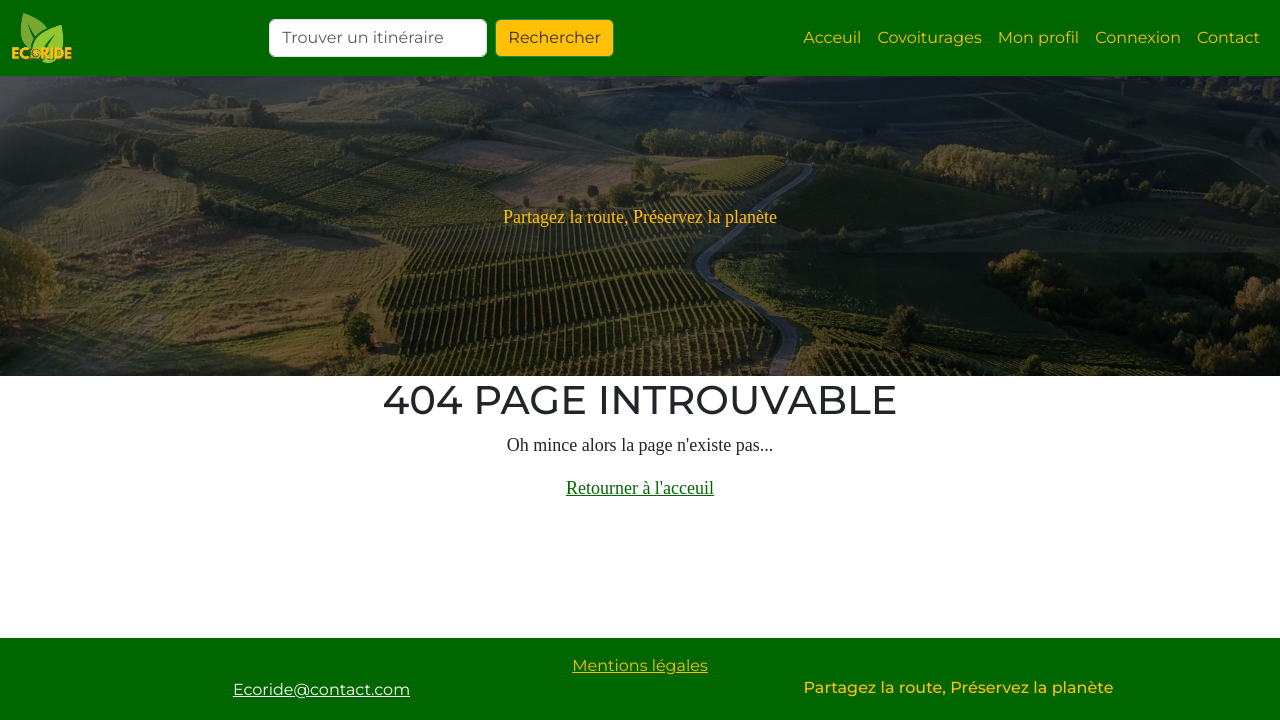
Repository: lemonhao9/ECF
Page: index.html
These files come from the project's save history. The page is drawn as it stood at one moment and after the next save; the edit follows.
The browser window is 1280 px wide. The pictures show the whole page.
Some web fonts or font styles are not loaded; a fallback is used. The style sheet was rebuilt from its Sass, Less or Tailwind sources for each picture, by a compiler version that may differ from the author's.

Above is the page before, as saved 2025-02-13 16:19:17.

After the next save:
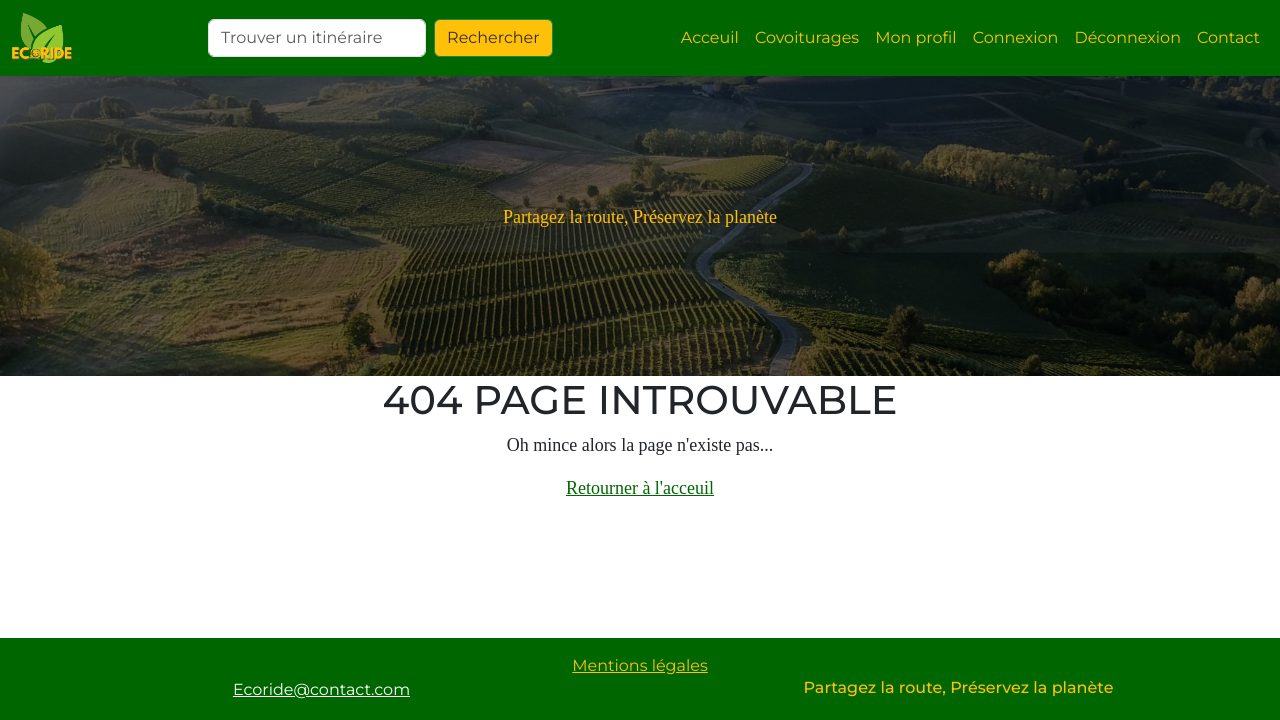
Saved 3 min 31 s later.
--- a/index.html
+++ b/index.html
@@ -39,6 +39,9 @@
             <a class="nav-link text-secondary" href="/login">Connexion</a>
           </li>
           <li class="nav-item">
+            <button class="nav-link text-secondary" id="signout-btn">Déconnexion</a>
+          </li>
+          <li class="nav-item">
             <a class="nav-link text-secondary" href="mailto:Ecoride@contact.com">Contact</a>
           </li>
       </ul>
